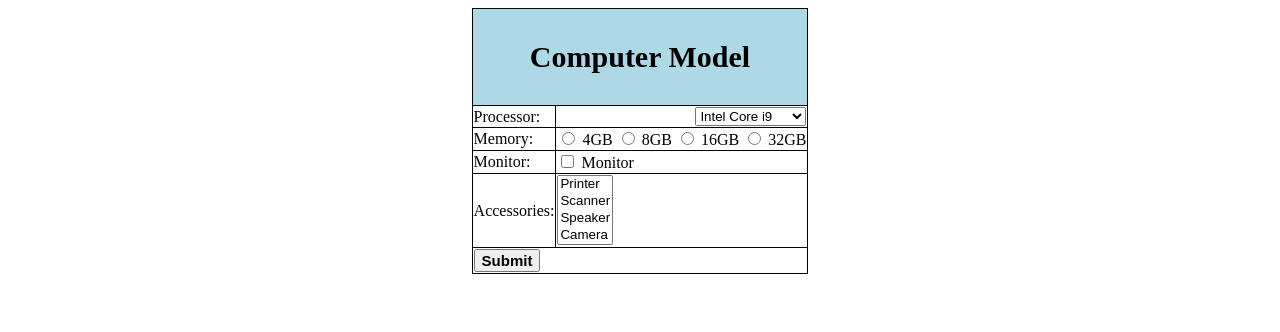
Repository: FatCat0712/JSP
Page: http://localhost/bai_20/computer.jsp
These files come from the project's save history. The page is drawn as it stood at one moment and after the next save; the edit follows.
The browser window is 1280 px wide. The pictures show the whole page.
The page is served by Tomcat 9.

Above is the page before, as saved 2024-04-22 12:31:48.

### bai_20/src/main/webapp/computer.jsp
<%@ page language="java" contentType="text/html; charset=UTF-8"
    pageEncoding="UTF-8"%>
<!DOCTYPE html>
<html>
<head>
<meta charset="UTF-8">
<title>Insert title here</title>
<style>
	table,td{
		border: 1px solid black;
		border-collapse: collapse;
	}
</style>
</head>
<body>
	<form action="donHang.jsp">
		<table style="margin-left: auto; margin-right: auto">
			<tr>
				<td colspan="2" style="background-color: lightblue; align-content: center; text-align: center;">
					<p style="font-size: 30px; font-weight: bold;">Computer Model</p>
				</td>
			</tr>
			<tr>
				<td>Processor: </td>
				<td align="right">
					<select name="Processor">
						<option value="corei9">Intel Core i9</option>
						<option value="corei7">Intel Core i7</option>
						<option value="corei5">Intel Core i5</option>
						<option value="corei3">Intel Core i3</option>
						<option value="dualcore">Intel Dual Core</option>
						<option value="pentium">Intel Pentium</option>
					</select>
				</td>
			</tr>
			<tr>
				<td>Memory: </td>
				<td>

						<input type="radio" id="m1" name="memory">
						<label for="m1">4GB</label>

						<input type="radio" id="m2" name="memory">
						<label for="m2">8GB</label>

						<input type="radio" id="m3" name="memory">
						<label for="m3">16GB</label>

						<input type="radio" id="m4" name="memory">
						<label for="m4">32GB</label>


				</td>
			</tr>

			<tr>
				<td>Monitor: </td>
				<td>
					<input type="checkbox" name="monitor" id="monitor"/>
					<label for="monitor">Monitor</label>
				</td>
			</tr>

			<tr>
				<td>
					Accessories:
				</td>
				<td>
					<select name="accessories" multiple="multiple">
						<option value="printer">Printer</option>
						<option value="scanner">Scanner</option>
						<option value="speaker">Speaker</option>
						<option value="camera">Camera</option>


					</select>
				</td>

			</tr>


			<tr>
				<td colspan="2">
					<input type="submit" value="Submit" style="font-weight: bold; font-size: 15px;"/>
				</td>

			</tr>
		</table>

	</form>
</body>
</html>

After the next save:
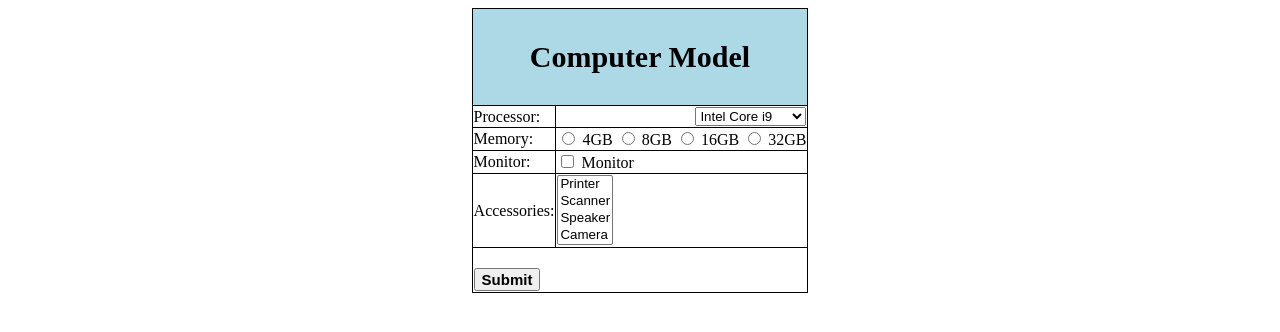
Saved 16 s later.
--- a/bai_20/src/main/webapp/computer.jsp
+++ b/bai_20/src/main/webapp/computer.jsp
@@ -80,7 +80,7 @@
 
 
 			<tr>
-				<td colspan="2">
+				<td colspan="2" style="padding-top: 20px">
 					<input type="submit" value="Submit" style="font-weight: bold; font-size: 15px;"/>
 				</td>
 
